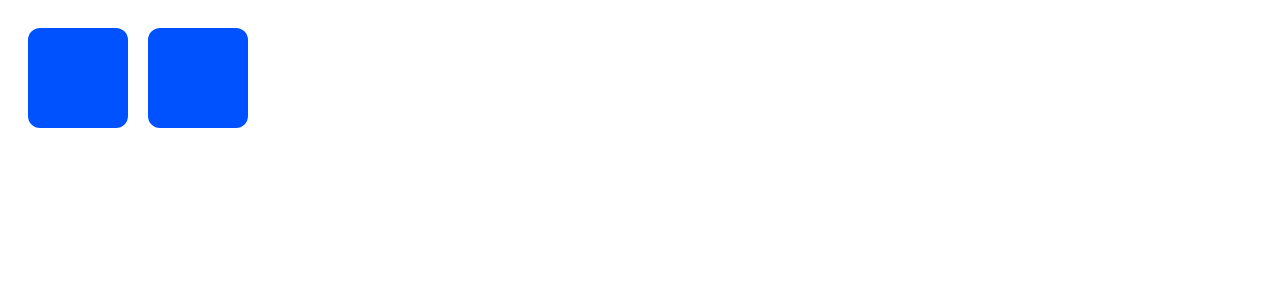
Repository: 16-Doffy/howtouse-htmlcss
Page: HSL_Color/index.html
An editor plug-in stored every save of this project. The page is shown before and after the next save, followed by the edit.
The browser window is 1280 px wide. The pictures show the whole page.

Above is the page before, as saved 2024-12-19 23:43:39.

### HSL_Color/index.html
<!DOCTYPE html>
<html lang="en">
<head>
    <meta charset="UTF-8">
    <meta name="viewport" content="width=device-width, initial-scale=1.0">
    <link rel="stylesheet" href="styles.css">
    <title>Document</title>
</head>
<body>
    <div class="boxed-list">
        <div class="boxed-item boxed-primary"></div>
        <div class="boxed-item boxed-shade1"></div>
    </div>
</body>
</html>

### HSL_Color/styles.css
:root {
    --primary-s: 100%;  /* Set saturation to 100% for visible color */
    --primary-h: 221;   /* Hue value */
    --primary-l: 50%;   /* Lightness */
}

body {
    padding: 20px;
}

.boxed-list {
    display: flex;
    align-items: center;
    gap: 20px;
}

.boxed-item {
    width: 100px;
    aspect-ratio: 1;
    background-color: hsla(0, 96%, 46%, 0.568); /* This is a different color for demonstration */
    border-radius: 12px;
}

.boxed-primary {
    background-color: hsl(var(--primary-h), var(--primary-s), var(--primary-l));  /* Use updated CSS variables */
}

.boxed-shade1 {
    background-color: hsl(var(--primary-h), var(--primary-s), var(--primary-l));  /* Same as boxed-primary */
}

After the next save:
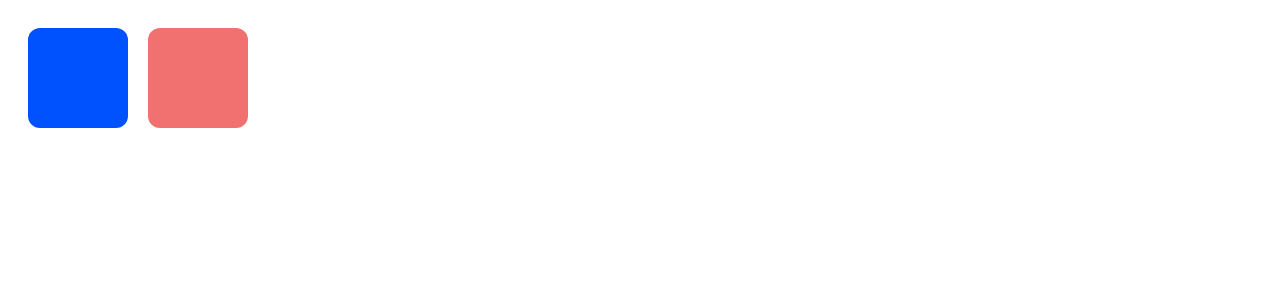
Saved 99 s later.
--- a/HSL_Color/styles.css
+++ b/HSL_Color/styles.css
@@ -26,5 +26,5 @@
 }
 
 .boxed-shade1 {
-    background-color: hsl(var(--primary-h), var(--primary-s), var(--primary-l));  /* Same as boxed-primary */
+    --primary-l: 52%;
 }
